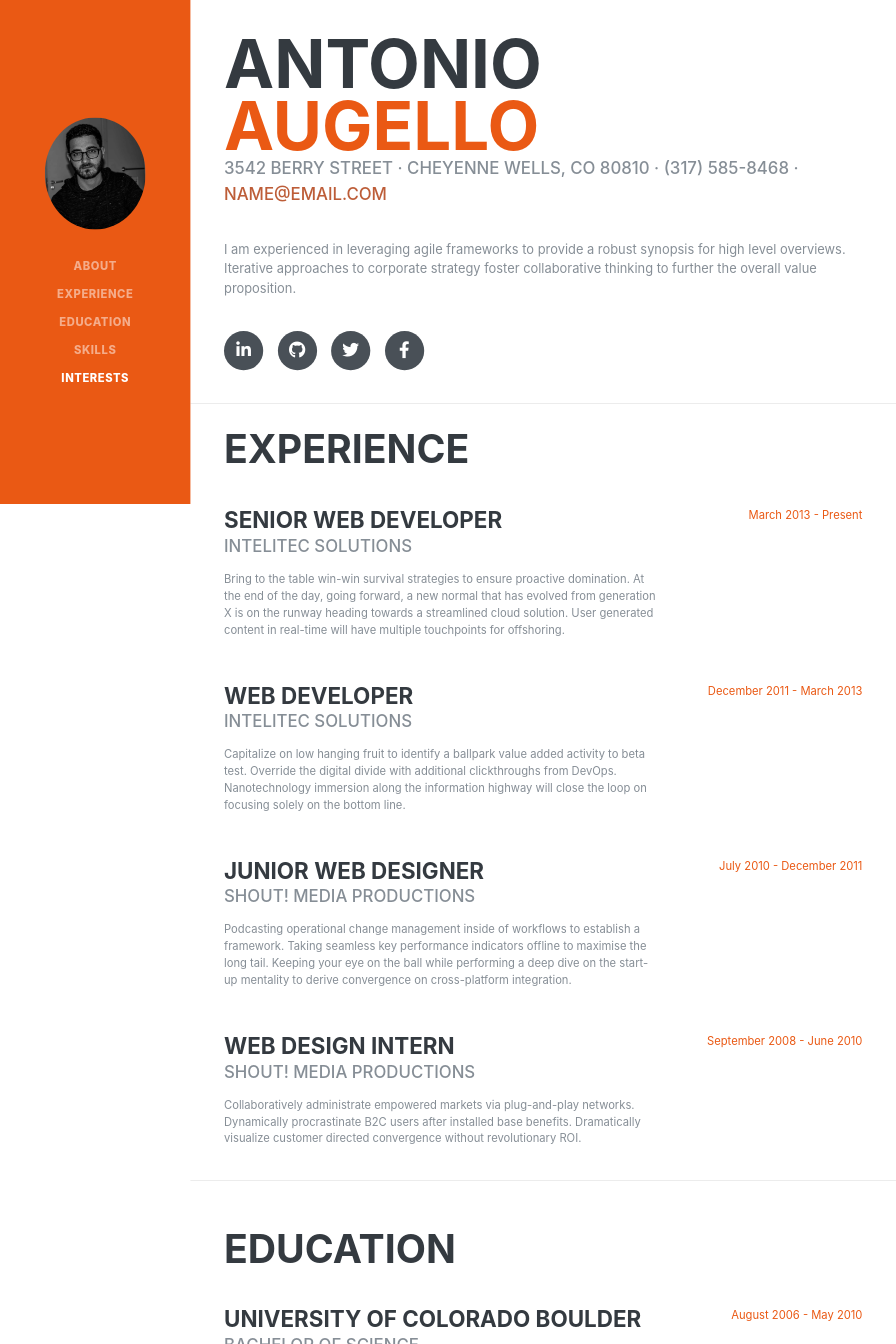
Repository: gello94/antonio_augello_online_Resume
Page: http://localhost/
The author's editor kept a record of every edit. The page is drawn from the files as they stood at one moment, then again after the next edit.
The browser window is 1280 px wide. The pictures show the part of the page from y = 0 to 1920 px (the page is 3994 px tall), at 70% of full size.
Some web fonts or font styles are not loaded; a fallback is used. The page is served by the project's application, run on Flask 3 (run.py). Other server files are loaded and not shown.

Above is the page before.

### templates/index.html
<!DOCTYPE html>
<html lang="en">

<head>

  <meta charset="utf-8">
  <meta name="viewport" content="width=device-width, initial-scale=1, shrink-to-fit=no">
  <meta name="description" content="">
  <meta name="author" content="">

  <title>Resume - Start Bootstrap Theme</title>

  <!-- Bootstrap core CSS -->
  <link href="{{ url_for('static', filename='vendor/bootstrap/css/bootstrap.min.css')}}" rel="stylesheet">

  <!-- Custom fonts for this template -->
  <link href="https://fonts.googleapis.com/css?family=Saira+Extra+Condensed:500,700" rel="stylesheet">
  <link href="https://fonts.googleapis.com/css?family=Muli:400,400i,800,800i" rel="stylesheet">
  <link href="{{ url_for('static', filename='vendor/fontawesome-free/css/all.min.css')}}" rel="stylesheet">

  <!-- Custom styles for this template -->
  <link href="{{ url_for('static', filename='css/resume.min.css')}}" rel="stylesheet">
  <link href="{{ url_for('static', filename='css/main.css')}}" rel="stylesheet">

</head>

<body id="page-top">

  <nav class="navbar navbar-expand-lg navbar-dark bg-primary fixed-top" id="sideNav">
    <a class="navbar-brand js-scroll-trigger" href="#page-top">
      <span class="d-block d-lg-none">Clarence Taylor</span>
      <span class="d-none d-lg-block">
        <img class="img-fluid img-profile rounded-circle mx-auto mb-2" src="static/img/img_profile.jpg" alt="Profile Image">
      </span>
    </a>
    <button class="navbar-toggler" type="button" data-toggle="collapse" data-target="#navbarSupportedContent" aria-controls="navbarSupportedContent" aria-expanded="false" aria-label="Toggle navigation">
      <span class="navbar-toggler-icon"></span>
    </button>
    <div class="collapse navbar-collapse" id="navbarSupportedContent">
      <ul class="navbar-nav">
        <li class="nav-item">
          <a class="nav-link js-scroll-trigger" href="#about">About</a>
        </li>
        <li class="nav-item">
          <a class="nav-link js-scroll-trigger" href="#experience">Experience</a>
        </li>
        <li class="nav-item">
          <a class="nav-link js-scroll-trigger" href="#education">Education</a>
        </li>
        <li class="nav-item">
          <a class="nav-link js-scroll-trigger" href="#skills">Skills</a>
        </li>
        <li class="nav-item">
          <a class="nav-link js-scroll-trigger" href="#interests">Interests</a>
        </li>
      </ul>
    </div>
  </nav>

  <div class="container-fluid p-0">

    <section class="resume-section p-3 p-lg-5 d-flex align-items-center" id="about">
      <div class="w-100">
        <h1 class="mb-0">Antonio
          <span class="text-primary">Augello</span>
        </h1>
        <div class="subheading mb-5">3542 Berry Street · Cheyenne Wells, CO 80810 · (317) 585-8468 ·
          <a href="mailto:name@email.com">name@email.com</a>
        </div>
        <p class="lead mb-5">I am experienced in leveraging agile frameworks to provide a robust synopsis for high level overviews. Iterative approaches to corporate strategy foster collaborative thinking to further the overall value proposition.</p>
        <div class="social-icons">
          <a href="#">
            <i class="fab fa-linkedin-in"></i>
          </a>
          <a href="#">
            <i class="fab fa-github"></i>
          </a>
          <a href="#">
            <i class="fab fa-twitter"></i>
          </a>
          <a href="#">
            <i class="fab fa-facebook-f"></i>
          </a>
        </div>
      </div>
    </section>

    <hr class="m-0">

    <section class="resume-section p-3 p-lg-5 d-flex justify-content-center" id="experience">
      <div class="w-100">
        <h2 class="mb-5">Experience</h2>

        <div class="resume-item d-flex flex-column flex-md-row justify-content-between mb-5">
          <div class="resume-content">
            <h3 class="mb-0">Senior Web Developer</h3>
            <div class="subheading mb-3">Intelitec Solutions</div>
            <p>Bring to the table win-win survival strategies to ensure proactive domination. At the end of the day, going forward, a new normal that has evolved from generation X is on the runway heading towards a streamlined cloud solution. User generated
              content in real-time will have multiple touchpoints for offshoring.</p>
          </div>
          <div class="resume-date text-md-right">
            <span class="text-primary">March 2013 - Present</span>
          </div>
        </div>

        <div class="resume-item d-flex flex-column flex-md-row justify-content-between mb-5">
          <div class="resume-content">
            <h3 class="mb-0">Web Developer</h3>
            <div class="subheading mb-3">Intelitec Solutions</div>
            <p>Capitalize on low hanging fruit to identify a ballpark value added activity to beta test. Override the digital divide with additional clickthroughs from DevOps. Nanotechnology immersion along the information highway will close the loop on
              focusing solely on the bottom line.</p>
          </div>
          <div class="resume-date text-md-right">
            <span class="text-primary">December 2011 - March 2013</span>
          </div>
        </div>

        <div class="resume-item d-flex flex-column flex-md-row justify-content-between mb-5">
          <div class="resume-content">
            <h3 class="mb-0">Junior Web Designer</h3>
            <div class="subheading mb-3">Shout! Media Productions</div>
            <p>Podcasting operational change management inside of workflows to establish a framework. Taking seamless key performance indicators offline to maximise the long tail. Keeping your eye on the ball while performing a deep dive on the start-up
              mentality to derive convergence on cross-platform integration.</p>
          </div>
          <div class="resume-date text-md-right">
            <span class="text-primary">July 2010 - December 2011</span>
          </div>
        </div>

        <div class="resume-item d-flex flex-column flex-md-row justify-content-between">
          <div class="resume-content">
            <h3 class="mb-0">Web Design Intern</h3>
            <div class="subheading mb-3">Shout! Media Productions</div>
            <p>Collaboratively administrate empowered markets via plug-and-play networks. Dynamically procrastinate B2C users after installed base benefits. Dramatically visualize customer directed convergence without revolutionary ROI.</p>
          </div>
          <div class="resume-date text-md-right">
            <span class="text-primary">September 2008 - June 2010</span>
          </div>
        </div>

      </div>

    </section>

    <hr class="m-0">

    <section class="resume-section p-3 p-lg-5 d-flex align-items-center" id="education">
      <div class="w-100">
        <h2 class="mb-5">Education</h2>

        <div class="resume-item d-flex flex-column flex-md-row justify-content-between mb-5">
          <div class="resume-content">
            <h3 class="mb-0">University of Colorado Boulder</h3>
            <div class="subheading mb-3">Bachelor of Science</div>
            <div>Computer Science - Web Development Track</div>
            <p>GPA: 3.23</p>
          </div>
          <div class="resume-date text-md-right">
            <span class="text-primary">August 2006 - May 2010</span>
          </div>
        </div>

        <div class="resume-item d-flex flex-column flex-md-row justify-content-between">
          <div class="resume-content">
            <h3 class="mb-0">James Buchanan High School</h3>
            <div class="subheading mb-3">Technology Magnet Program</div>
            <p>GPA: 3.56</p>
          </div>
          <div class="resume-date text-md-right">
            <span class="text-primary">August 2002 - May 2006</span>
          </div>
        </div>

      </div>
    </section>

    <hr class="m-0">

    <section class="resume-section p-3 p-lg-5 d-flex align-items-center" id="skills">
      <div class="w-100">
        <h2 class="mb-5">Skills</h2>

        <div class="subheading mb-3">Programming Languages &amp; Tools</div>
        <ul class="list-inline dev-icons">
          <li class="list-inline-item">
            <i class="fab fa-html5"></i>
          </li>
          <li class="list-inline-item">
            <i class="fab fa-css3-alt"></i>
          </li>
          <li class="list-inline-item">
            <i class="fab fa-js-square"></i>
          </li>
          <li class="list-inline-item">
            <i class="fab fa-angular"></i>
          </li>
          <li class="list-inline-item">
            <i class="fab fa-react"></i>
          </li>
          <li class="list-inline-item">
            <i class="fab fa-node-js"></i>
          </li>
          <li class="list-inline-item">
            <i class="fab fa-sass"></i>
          </li>
          <li class="list-inline-item">
            <i class="fab fa-less"></i>
          </li>
          <li class="list-inline-item">
            <i class="fab fa-wordpress"></i>
          </li>
          <li class="list-inline-item">
            <i class="fab fa-gulp"></i>
          </li>
          <li class="list-inline-item">
            <i class="fab fa-grunt"></i>
          </li>
          <li class="list-inline-item">
            <i class="fab fa-npm"></i>
          </li>
        </ul>

        <div class="subheading mb-3">Workflow</div>
        <ul class="fa-ul mb-0">
          <li>
            <i class="fa-li fa fa-check"></i> Mobile-First, Responsive Design</li>
          <li>
            <i class="fa-li fa fa-check"></i> Cross Browser Testing &amp; Debugging</li>
          <li>
            <i class="fa-li fa fa-check"></i> Cross Functional Teams</li>
          <li>
            <i class="fa-li fa fa-check"></i> Agile Development &amp; Scrum</li>
        </ul>
      </div>
    </section>

    <hr class="m-0">

    <section class="resume-section p-3 p-lg-5 d-flex align-items-center" id="interests">
      <div class="w-100">
        <h2 class="mb-5">Interests</h2>
        <p>Apart from being a web developer, I enjoy most of my time being outdoors. In the winter, I am an avid skier and novice ice climber. During the warmer months here in Colorado, I enjoy mountain biking, free climbing, and kayaking.</p>
        <p class="mb-0">When forced indoors, I follow a number of sci-fi and fantasy genre movies and television shows, I am an aspiring chef, and I spend a large amount of my free time exploring the latest technology advancements in the front-end web development world.</p>
      </div>
    </section>

    <hr class="m-0">

    <section class="resume-section p-3 p-lg-5 d-flex align-items-center" id="awards">
      <div class="w-100">
        <h2 class="mb-5">Awards &amp; Certifications</h2>
        <ul class="fa-ul mb-0">
          <li>
            <i class="fa-li fa fa-trophy text-warning"></i> Google Analytics Certified Developer</li>
          <li>
            <i class="fa-li fa fa-trophy text-warning"></i> Mobile Web Specialist - Google Certification</li>
          <li>
            <i class="fa-li fa fa-trophy text-warning"></i> 1
            <sup>st</sup> Place - University of Colorado Boulder - Emerging Tech Competition 2009</li>
          <li>
            <i class="fa-li fa fa-trophy text-warning"></i> 1
            <sup>st</sup> Place - University of Colorado Boulder - Adobe Creative Jam 2008 (UI Design Category)</li>
          <li>
            <i class="fa-li fa fa-trophy text-warning"></i> 2
            <sup>nd</sup> Place - University of Colorado Boulder - Emerging Tech Competition 2008</li>
          <li>
            <i class="fa-li fa fa-trophy text-warning"></i> 1
            <sup>st</sup> Place - James Buchanan High School - Hackathon 2006</li>
          <li>
            <i class="fa-li fa fa-trophy text-warning"></i> 3
            <sup>rd</sup> Place - James Buchanan High School - Hackathon 2005</li>
        </ul>
      </div>
    </section>

  </div>

  <!-- Bootstrap core JavaScript -->
  <script src="{{ url_for('static', filename='vendor/jquery/jquery.min.js')}}"></script>
  <script src="{{ url_for('static', filename='vendor/bootstrap/js/bootstrap.bundle.min.js')}}"></script>

  <!-- Plugin JavaScript -->
  <script src="{{ url_for('static', filename='vendor/jquery-easing/jquery.easing.min.js')}}"></script>

  <!-- Custom scripts for this template -->
  <script src="{{ url_for('static', filename='js/resume.min.js')}}"></script>

</body>

</html>

### run.py
import os
from flask import Flask, render_template

app = Flask(__name__)
app.secret_key = "some_secret"

@app.route('/')
def index():
    return render_template("index.html")


if __name__ == '__main__':
    app.run(host=os.environ.get('IP'),
            port=int(os.environ.get("PORT")),
            debug=True)

### static/css/main.css
#sideNav .navbar-brand .img-profile {
    border: 0px;
}

#sideNav .navbar-brand .img-profile:hover:active {

    -ms-transform: scale(1.5, 1.5);
    /* IE 9 */
    -webkit-transform: scale(1.5, 1.5);
    /* Safari 3-8 */
    transform: scale(1.5, 1.5);
    margin-bottom: 15px;
}

@media (min-width: 992px) {
    #sideNav .navbar-brand {

        padding-bottom: 1.5rem;
    }
}

.d-block .d-lg-none {
    padding-bottom: 15px;
}

.bg-primary {
    background-color: #ea5914!important;
}

.text-primary {
    color: #ea5914!important;
}

@media (min-width: 768px) {
    section.resume-section {
        min-height: 80vh!important;
    }
}

@media (min-width: 992px) {
    section.resume-section {
        padding-top: 2rem!important;
        padding-bottom: 2rem!important;
    }

Loaded but not shown: static/css/resume.min.css (library); static/js/resume.min.js (common file)

After the next edit:
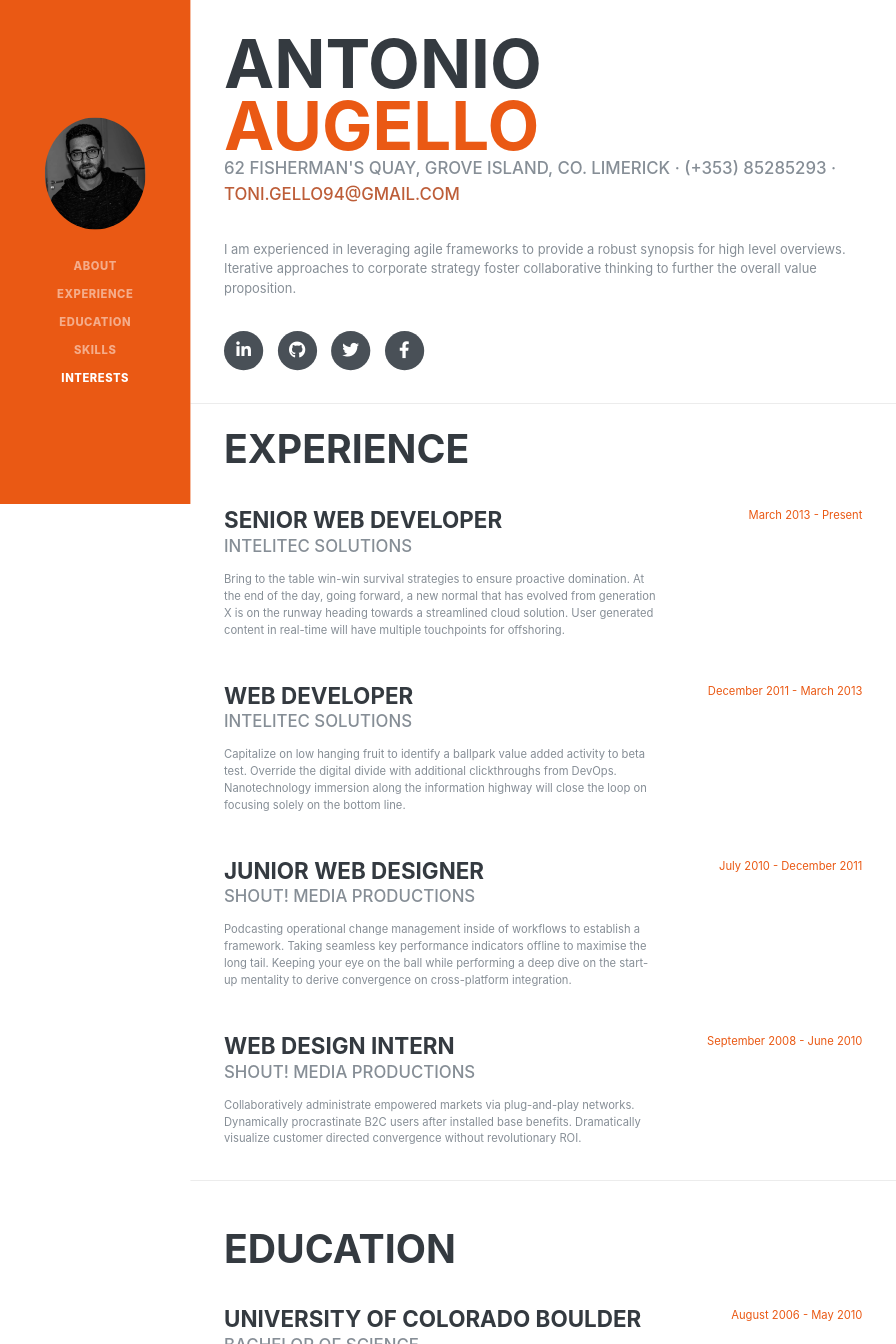
The edit:
--- a/templates/index.html
+++ b/templates/index.html
@@ -64,8 +64,8 @@
         <h1 class="mb-0">Antonio
           <span class="text-primary">Augello</span>
         </h1>
-        <div class="subheading mb-5">3542 Berry Street · Cheyenne Wells, CO 80810 · (317) 585-8468 ·
-          <a href="mailto:name@email.com">name@email.com</a>
+        <div class="subheading mb-5">62 Fisherman's Quay, Grove Island, Co. Limerick · (+353) 85285293 ·
+          <a href="mailto:name@email.com">toni.gello94@gmail.com</a>
         </div>
         <p class="lead mb-5">I am experienced in leveraging agile frameworks to provide a robust synopsis for high level overviews. Iterative approaches to corporate strategy foster collaborative thinking to further the overall value proposition.</p>
         <div class="social-icons">
